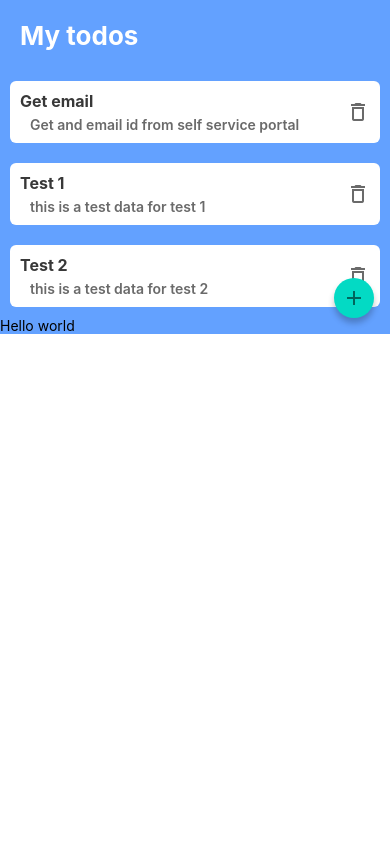
Repository: sadarsh216/Todo-App
Screen: /, after clicking the first element matching `button.css-view-175oi2r`
These files come from the project's save history. The screen is drawn as it stood at one moment and after the next save; the edit follows.
The app was drawn by React Native's web renderer in a window 390 px wide. The project was rebuilt for these pictures with package versions that can differ from the ones it lists, and the page was loaded fresh each time.

Above is the screen before, as saved 2021-10-09 13:32:15.

### App.tsx
import { StatusBar } from "expo-status-bar";
import React from "react";
import { SafeAreaView, ScrollView, StyleSheet, Text, View } from "react-native";
import Todos from "./Pages/Todos";
import { FAB } from "react-native-paper";
import Modal from "./components/Modal";

export default function App() {
  const [showAdd, setAdd] = React.useState(false);
  return (
    <SafeAreaView>
      <View style={styles.container}>
        <ScrollView>
          <Text style={styles.heading}>My todos</Text>
          <Todos />
        </ScrollView>
        {showAdd && (
          <View>
            <Modal />
          </View>
        )}
      </View>
      <FAB
        style={styles.fab}
        small
        icon="plus"
        onPress={() => setAdd(!showAdd)}
      />
    </SafeAreaView>
  );
}

const styles = StyleSheet.create({
  container: {
    height: "100%",
    backgroundColor: "#63a1ff",
  },
  heading: {
    color: "white",
    fontSize: 26,
    fontWeight: "bold",
    margin: 20,
  },
  fab: {
    color: "#fff",
    position: "absolute",
    margin: 16,
    right: 0,
    bottom: 0,
  },
  modal: {
    position: "absolute",
    height: "100%",
    width: "100%",
    display: "flex",
    backgroundColor: "white",
    // backgroundColor: "rgba(0,0,0,0.4)",
  },
});

### Pages/Todos.tsx
import React from "react";
import { View, Text, StyleSheet, TouchableOpacity } from "react-native";
import { MaterialCommunityIcons } from "@expo/vector-icons";

export default function Todos() {
  const [todos, setTodos] = React.useState([
    {
      title: "Get email",
      description: "Get and email id from self service portal",
      id: 0,
    },
    { title: "Test 1", description: "this is a test data for test 1", id: 1 },
    { title: "Test 2", description: "this is a test data for test 2 ", id: 2 },
  ]);
  const deleteTodo = () => {
    alert("deleted");
  };
  return (
    <>
      {todos.map((item, key) => (
        <View key={item.id} style={styles.card}>
          <View style={styles.details}>
            <Text style={styles.title}>{item.title}</Text>
            <Text style={styles.desc}>{item.description}</Text>
          </View>
          <View style={styles.deleteSection}>
            <TouchableOpacity onPress={deleteTodo}>
              <MaterialCommunityIcons
                name="delete-outline"
                size={24}
                color="#6a6a6a"
              />
            </TouchableOpacity>
          </View>
        </View>
      ))}
    </>
  );
}

const styles = StyleSheet.create({
  card: {
    display: "flex",
    flexDirection: "row",
    backgroundColor: "#fff",
    margin: 10,
    borderRadius: 6,
    elevation: 4,
    padding: 10,
  },
  title: {
    fontSize: 16,
    marginBottom: 5,
    fontWeight: "bold",
    color: "#383838",
  },
  desc: {
    paddingHorizontal: 10,
    fontWeight: "600",
    color: "#6a6a6a",
  },
  details: {
    flex: 2,
  },
  deleteSection: {
    justifyContent: "center",
  },
});

### components/Modal.tsx
import React from 'react'
import { View, Text } from 'react-native'

export default function Modal() {
    return (
        <View>
            <Text>Hello world</Text>
        </View>
    )
}

After the next save:
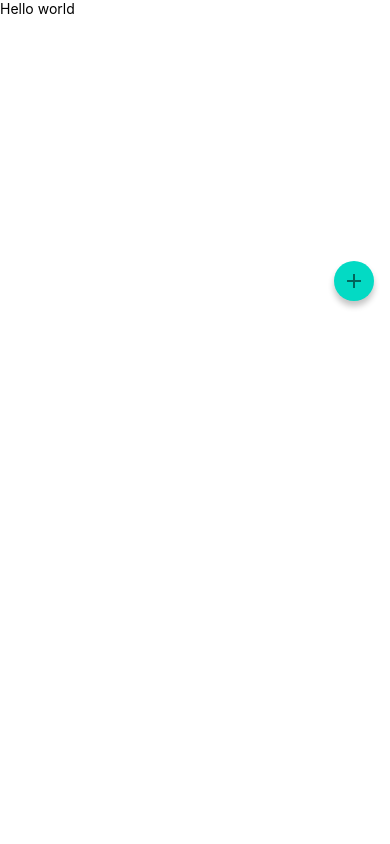
Saved 25 s later.
--- a/App.tsx
+++ b/App.tsx
@@ -15,7 +15,7 @@ export default function App() {
           <Todos />
         </ScrollView>
         {showAdd && (
-          <View>
+          <View style={styles.modal}>
             <Modal />
           </View>
         )}
